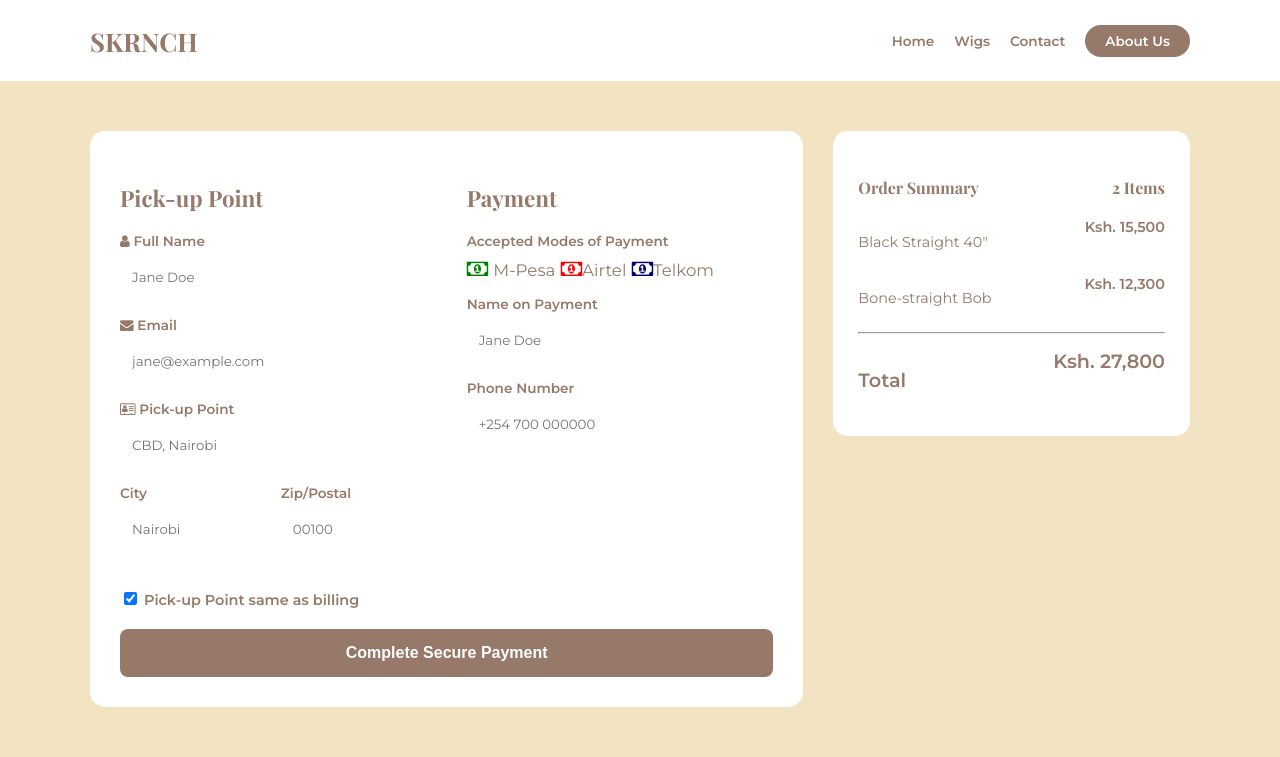
Repository: ndirituart/Portfolio
Page: paymentpage.html
The author's editor kept a copy of each file at every save. The page is drawn from the files as they stood at one save, then again after the next save.
The browser window is 1280 px wide. The pictures show the whole page.
Some web fonts or font styles are not loaded; a fallback is used.

Above is the page before, as saved 2026-02-04 13:50:57.

After the next save:
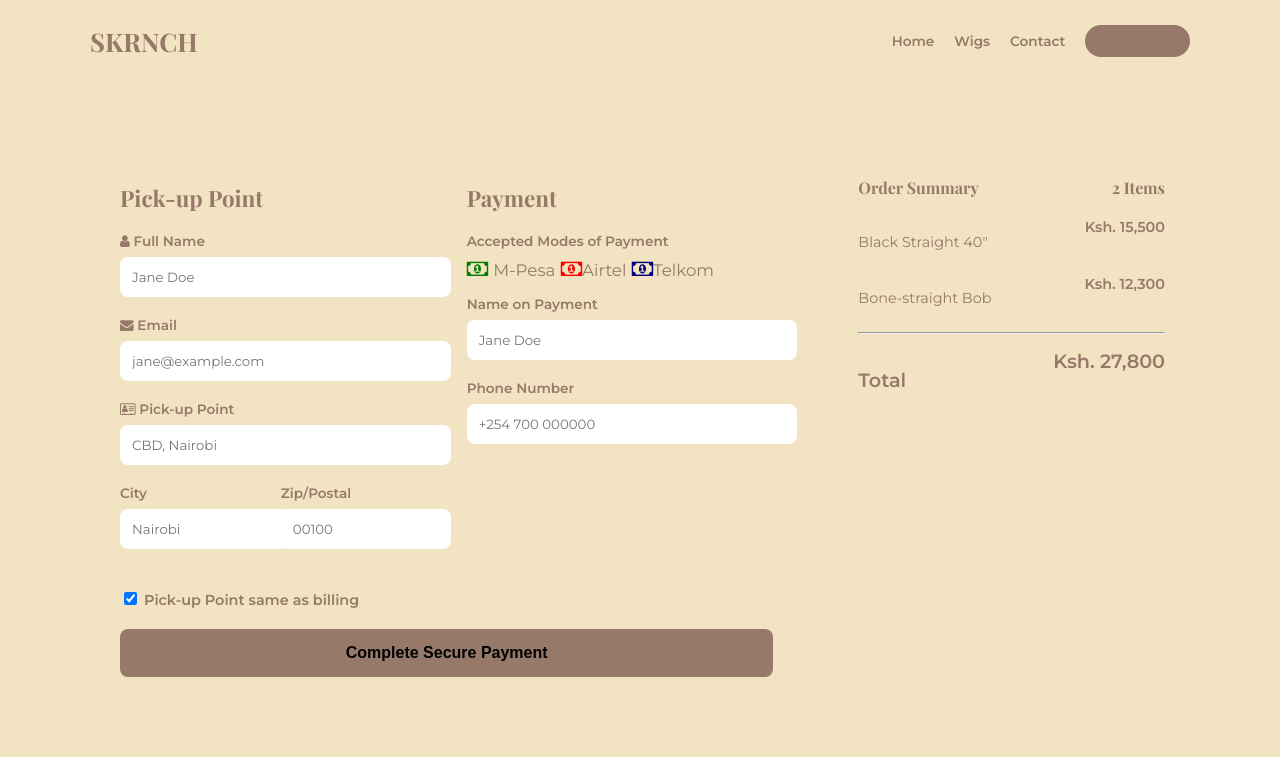
Saved 15 s later.
--- a/paymentpage.html
+++ b/paymentpage.html
@@ -130,7 +130,7 @@
 
         /* --- HEADER --- */
         .main-header {
-            background: white;
+            background: cream;
             padding: 15px 0;
             border-bottom: 1px solid var(--pink);
             position: sticky;
@@ -166,7 +166,7 @@
 
         .btn-small {
             background: var(--deep-cocoa);
-            color: white !important;
+            color: cream !important;
             padding: 8px 20px;
             border-radius: 50px;
         }
@@ -182,7 +182,7 @@
         }
 
         .checkout-form-container {
-            background: white;
+            background: cream;
             padding: 30px;
             border-radius: 15px;
             border: 1px solid var(--pink);
@@ -240,7 +240,7 @@
 
         .btn-checkout {
             background: var(--deep-cocoa);
-            color: white;
+            color: cream;
             width: 100%;
             padding: 15px;
             border: none;
@@ -257,7 +257,7 @@
 
         /* --- SUMMARY SIDEBAR --- */
         .cart-summary {
-            background: white;
+            background: cream;
             padding: 25px;
             border-radius: 15px;
             border: 1px solid var(--pink);
